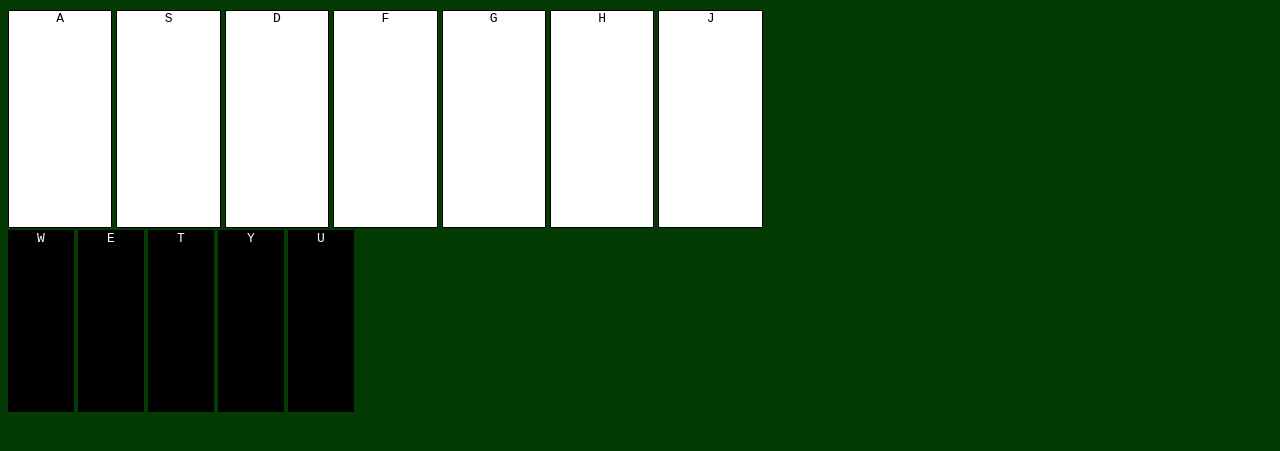
Repository: ctcoleman/Virtual-Piano
Page: index.html
An editor plug-in stored every save of this project. The page is shown before and after the next save, followed by the edit.
The browser window is 1280 px wide. The pictures show the whole page.

Above is the page before, as saved 2020-07-20 08:50:22.

### index.html
<!DOCTYPE html>
<html>

<head>
    <meta charset="utf-8">
    <link type="text/css" rel="stylesheet" href="./index.css">
    <title>Chris's Keyboard Piano</title>
</head>

<body>
    <div class="white-keys-container">
        <kbd class="white-key" id="KeyA">A</kbd>
        <kbd class="white-key" id="KeyS">S</kbd>
        <kbd class="white-key" id="KeyD">D</kbd>
        <kbd class="white-key" id="KeyF">F</kbd>
        <kbd class="white-key" id="KeyG">G</kbd>
        <kbd class="white-key" id="KeyH">H</kbd>
        <kbd class="white-key" id="KeyJ">J</kbd>
    </div>
    <div class="black-keys-container">
        <kbd class="black-key" id="KeyW">W</kbd>
        <kbd class="black-key" id="KeyE">E</kbd>
        <kbd class="black-key" id="KeyT">T</kbd>
        <kbd class="black-key" id="KeyY">Y</kbd>
        <kbd class="black-key" id="KeyU">U</kbd>
    </div>
    <script src="./index.js"></script>
</body>

</html>

### index.css
html {
    background: rgb(4, 58, 4);
    color: black;
    box-sizing: border-box;
}

.white-key-container {
    margin: 15vh 15vw;
    width: 70vw;
    position: relative;
}
.white-key {
    text-align: center;
    display: inline-block;
    width: 8vw;
    height: 30vh;
    background: white;
    border: 1px solid black;
}

.black-key-container {
    position: relative;
    z-index: 1;
    top: -30px;
    margin: 10vh 5vw;
    width: 70vw;
}
.black-key {
    text-align: center;
    display: inline-block;
    width: 5vw;
    height: 25vh;
    background: black;
    color: white;
    border: 1px solid black;
}

Loaded but not shown: index.js (no copy from this time; the picture is the same without it)

After the next save:
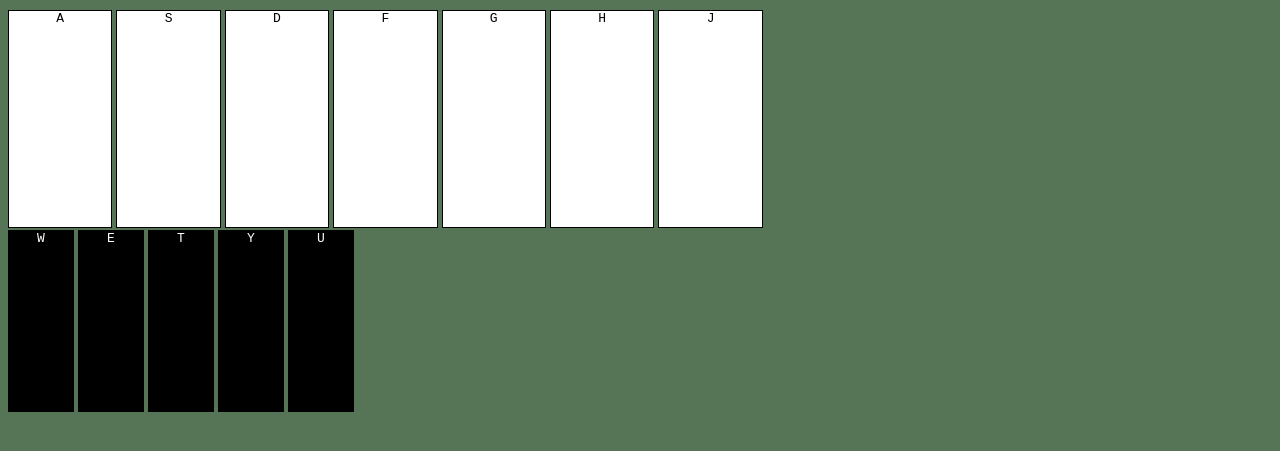
Saved 6 s later.
--- a/index.css
+++ b/index.css
@@ -1,5 +1,5 @@
 html {
-    background: rgb(4, 58, 4);
+    background: rgba(1, 46, 1, 0.664);
     color: black;
     box-sizing: border-box;
 }
